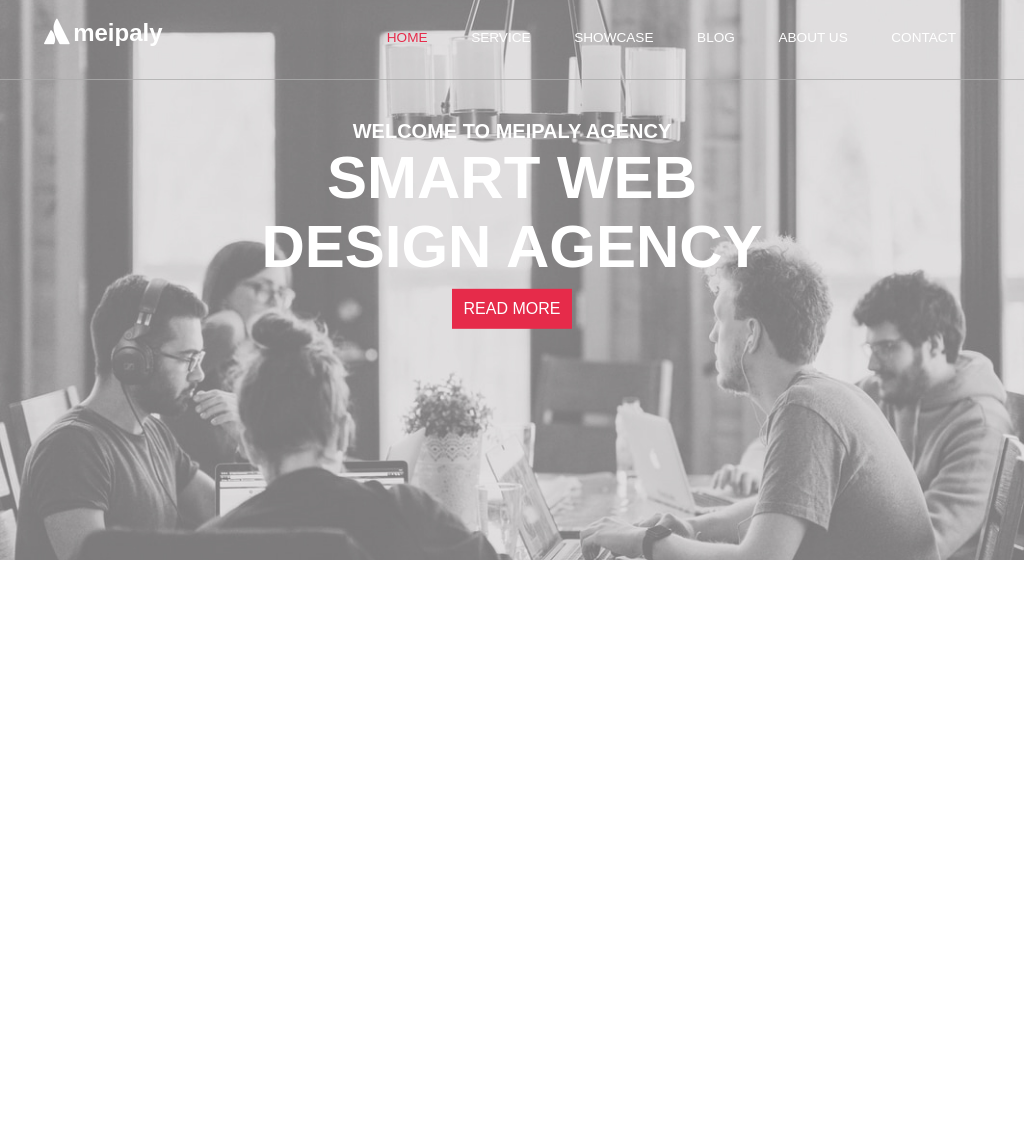
Repository: ToanNguyenThai/Meipaly
Page: index.html
These files come from the project's save history. The page is drawn as it stood at one moment and after a run of saves; the edit follows.
The browser window is 1280 px wide. The pictures show the whole page, at 80% of full size.

Above is the page before, as saved 2021-12-04 15:33:33.

### index.html
<!DOCTYPE html>
<html lang="en">
<head>
    <meta charset="UTF-8">
    <meta http-equiv="X-UA-Compatible" content="IE=edge">
    <meta name="viewport" content="width=device-width, initial-scale=1.0">
    <link rel="stylesheet" href="https://cdnjs.cloudflare.com/ajax/libs/font-awesome/5.15.4/css/all.min.css" />
    <title>Meipaly</title>
    <link rel="stylesheet" href="/css/style.css">
</head>
<body>
    <header>
        <div class="header__content">
            <div class="header__logo">
                <a href="#">
                    <i class="fab fa-atlassian fa-2x"></i>
                    <span>meipaly</span>
                </a>
            </div>
            <nav>
                <ul>
                    <li class="active">
                        <a href="#">home</a>
                    </li>
                    <li>
                        <a href="#">service</a>
                    </li>
                    <li>
                        <a href="#">showcase</a>
                    </li>
                    <li>
                        <a href="#">blog</a>
                    </li>
                    <li>
                        <a href="#">about us</a>
                    </li>
                    <li>
                        <a href="#">contact</a>
                    </li>
                </ul>
            </nav>
        </div>
    </header>
    <section class="carousel">
        <div class="carousel__content">
            <h3>WELCOME TO MEIPALY AGENCY</h3>
            <h1>SMART WEB</h1>
            <h1>DESIGN AGENCY</h1>
            <div class="btn-area">
                <button>READ MORE</button>
            </div>

        </div>

    </section>

    <section class="service"></section>
</body>
</html>

### css/style.css
*{
    box-sizing: border-box;
    margin: 0;
    padding: 0;
    font-family: "Oswald", sans-serif;
    text-decoration: none;
}
header {
    width: 100%;
    height: 100px;
    position: absolute;
    border-bottom: 1px solid #adadad;
}
header .header__content{
    width: 100%;
    max-width: 1170px;
    margin: 0 auto;
    display: flex;
    justify-content: space-between;
    align-items: center;
}
.header__logo{
    margin-top: 23px;
}
.header__logo a{
    text-decoration: none;
    color: white;
}
.header__logo a span{
    font-size: 30px;
    font-weight: 700;
}
.header__content nav ul li{
    list-style-type: none;
    display: inline-block;
    text-transform: uppercase;
    font-size: 17px;
    margin-top: 35px;
    margin-left: 20px;
    margin-right: 30px;
}
.header__content nav ul li.active a{
    color : #e62b4a;
}
.header__content nav ul li a{
    color: white;
    transition: all 0.5s;
}
.header__content nav ul li a:hover{
    color : #e62b4a;
}

.carousel{
    height: 700px;
    background-image: url("../img/home_slider.jpg");
    background-size: cover;
    background-position: center;
    display: flex;
    justify-content: center;
}
.carousel__content{
    margin-top: 150px;
}
.carousel__content h1, .carousel__content h3{
    text-align: center;
    color: white;
}
.carousel__content h1{
    font-size: 75px;
}

.carousel__content h3{
    font-size: 25px;
}
.carousel__content .btn-area{
    margin-top: 10px;
    display: flex;
    justify-content: center;
}
.carousel__content .btn-area button{
    width: 150px;
    height: 50px;
    font-size: 20px;
    background-color: #e62b4a;
    outline: none;
    border : none;
    color: white;
    cursor: pointer;
    transition: all 0.5s;
}

.carousel__content .btn-area button:hover{
    filter: grayscale(30%);
}

.service{
    height: 717.6px;
}

After the next 2 saves:
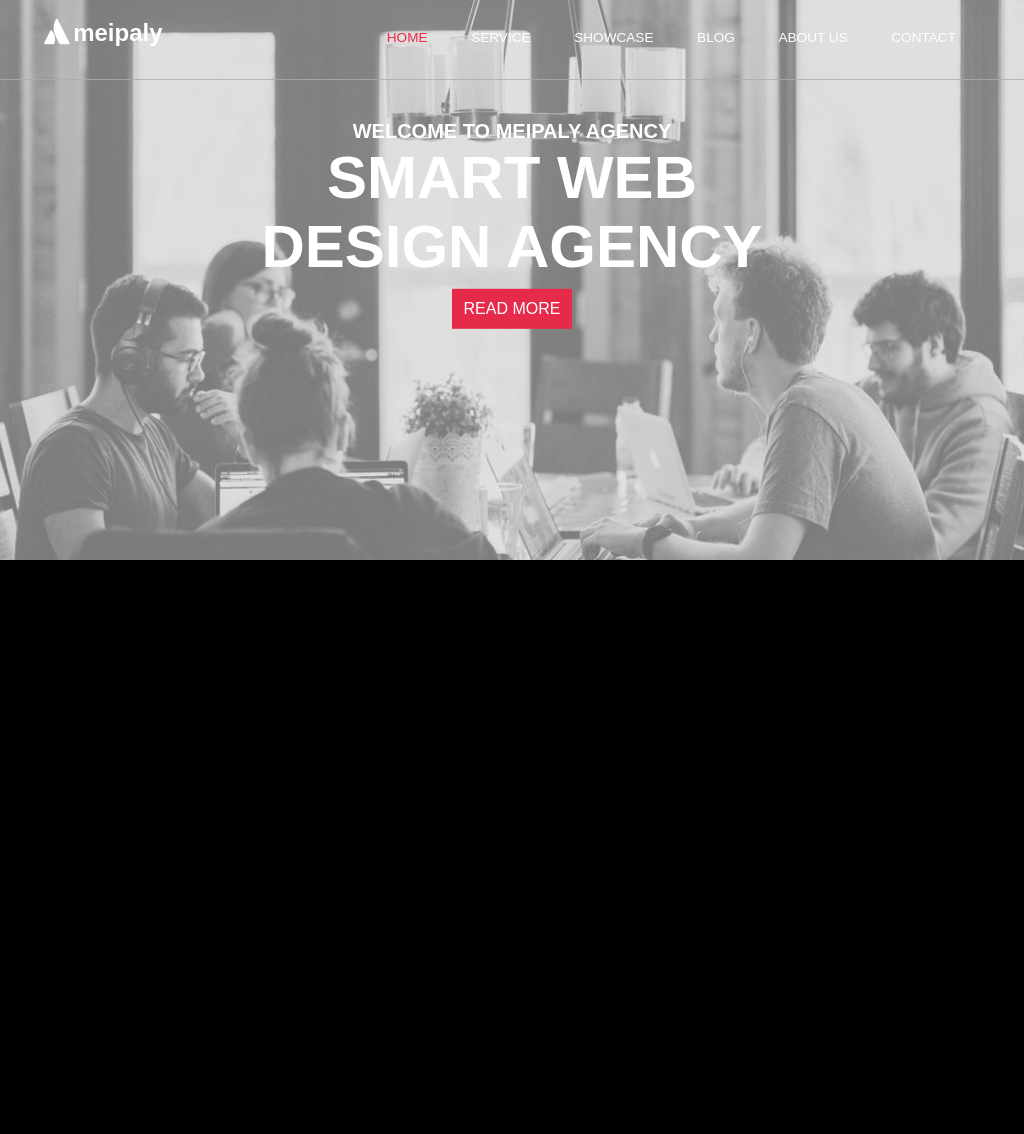
The 2 saves are shown as one change because they came seconds apart.
The last was saved 16 s later.
--- a/css/style.css
+++ b/css/style.css
@@ -94,5 +94,7 @@
 }
 
 .service{
+    height: 100%;
     height: 717.6px;
+    background-color: black;
 }
